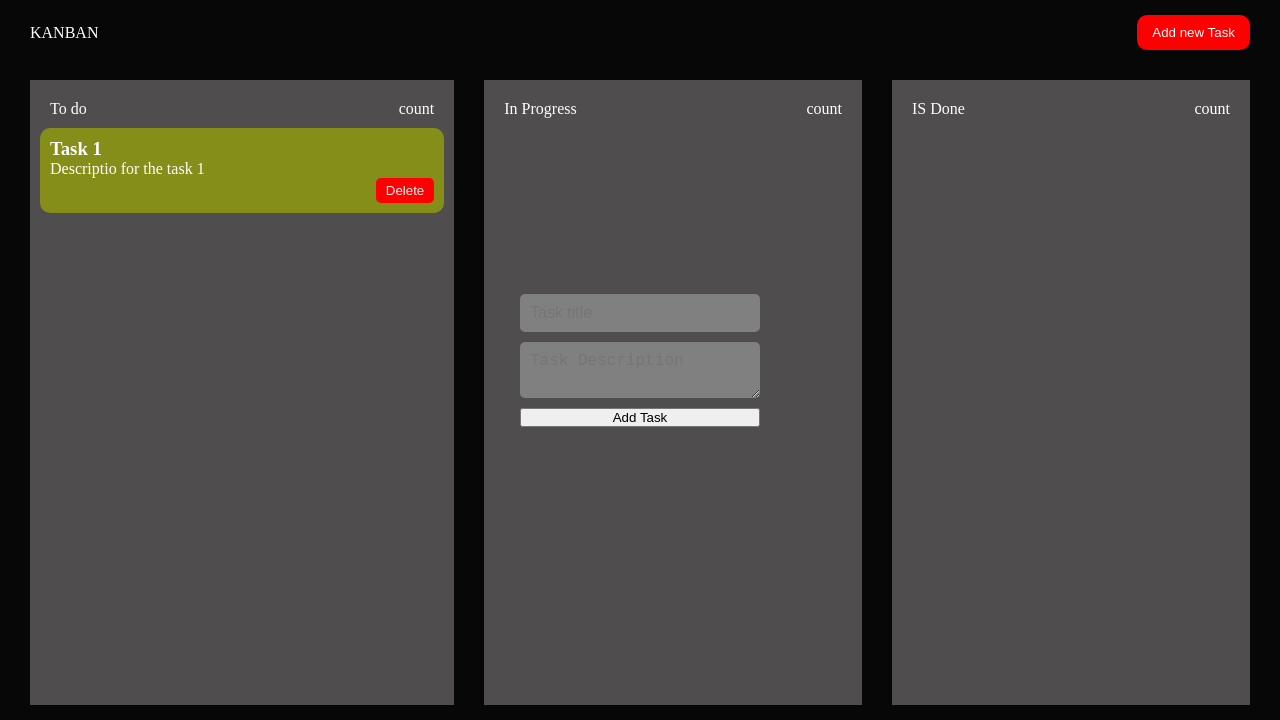
Repository: Sandeepji-5/Kanban-board
Page: index.html
An editor plug-in stored every save of this project. The page is shown before and after the next save, followed by the edit.
The browser window is 1280 px wide. The pictures show the whole page.

Above is the page before, as saved 2025-12-09 15:10:45.

After the next save:
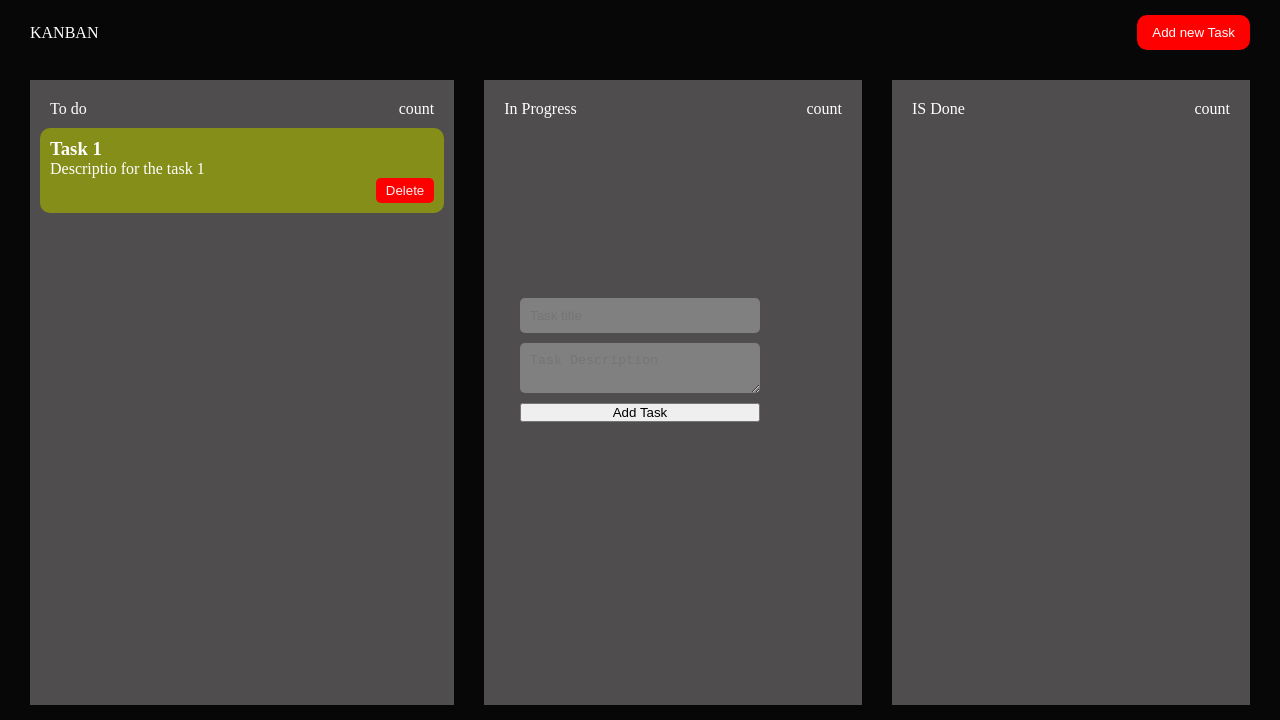
Saved 13 s later.
--- a/style.css
+++ b/style.css
@@ -170,5 +170,5 @@ section .task-column .task button{
     border-radius: var(--border-radius-s);
     border: none;
     outline: none;
-    font-size: 1rem;
+
 }
